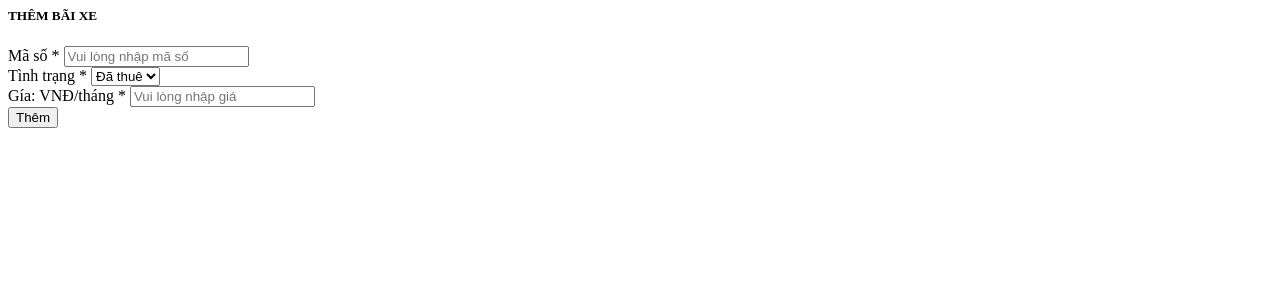
Repository: NguyenChienThangB1910143/QL_ChungCy
Page: http://localhost/baixe/them
An editor plug-in stored every save of this project. The page is shown before and after the next save, followed by the edit.
The browser window is 1280 px wide. The pictures show the whole page.
The page is served by the project's Laravel application, run on PHP 8.4 with Laravel 10. The first stored user is signed in. The database holds what the project's SQL file puts in it.

Above is the page before, as saved 2023-08-23 10:08:37.

After the next save:
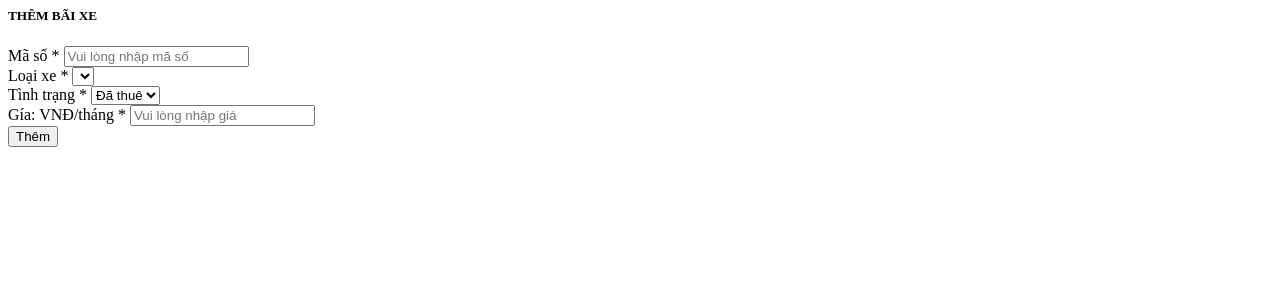
Saved 71 s later.
--- a/resources/views/baixe/them.blade.php
+++ b/resources/views/baixe/them.blade.php
@@ -10,6 +10,15 @@
                 <span id="colorIcon">*</span>
             </label>
             <input required class="form-control" type="text" name="ms" placeholder="Vui lòng nhập mã số">
+        </div>
+        <div class="mb-3">
+            <label class="form-label">Loại xe
+                <span id="colorIcon">*</span>
+            </label>
+            <select style="cursor: pointer;" class="form-control" aria-label="Default select example" id="loaixe" name="loaixe">
+                <option value="1Xe máy"></option>
+                <option value="Ô tô"></option>
+            </select>
         </div>
         <div class="mb-3">
             <label class="form-label">Tình trạng
